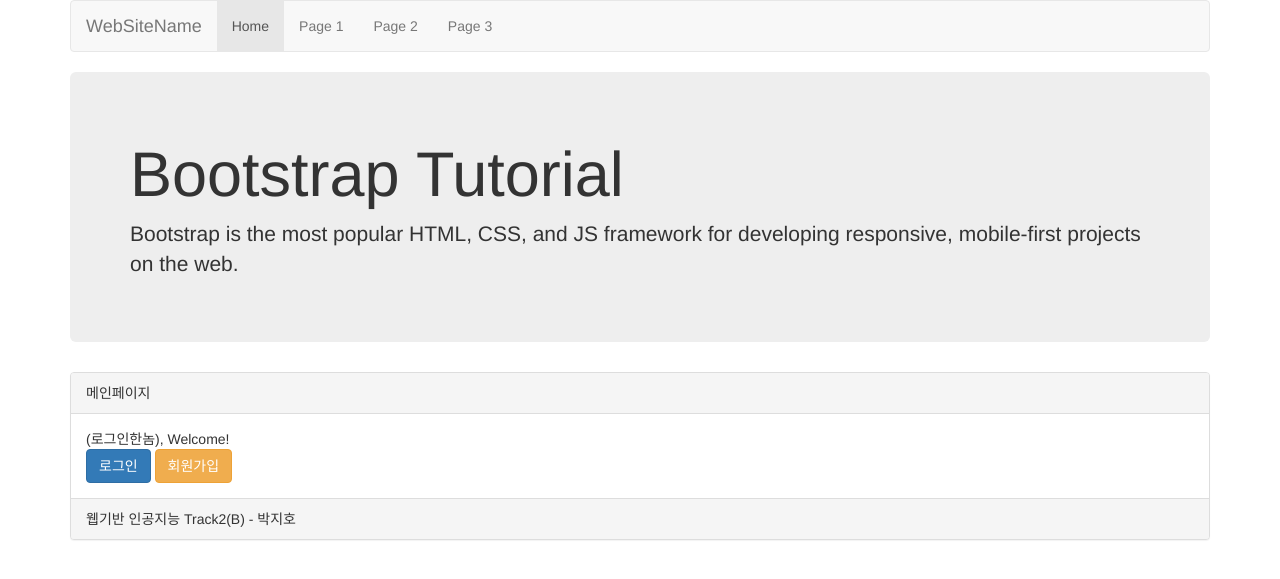
Repository: Jipumpkin/WebServer
Page: http://localhost/FrontCommandPattern/main.jsp
An editor plug-in stored every save of this project. The page is shown before and after the next save, followed by the edit.
The browser window is 1280 px wide. The pictures show the whole page.
The page is served by Tomcat 9.

Above is the page before, as saved 2024-08-21 01:07:26.

After the next save:
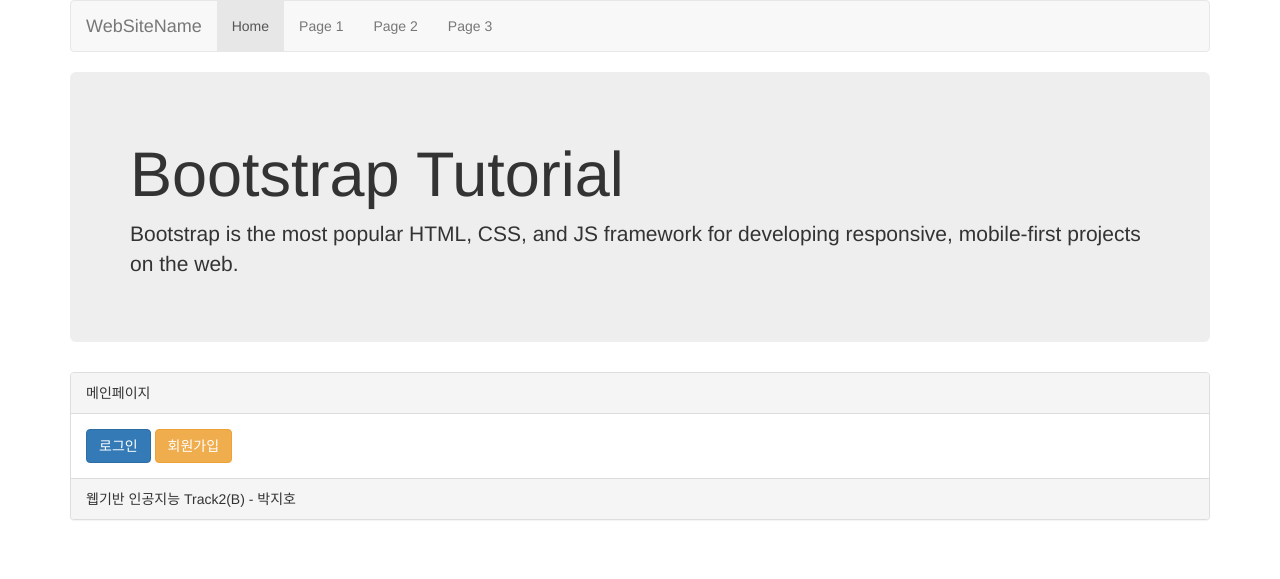
Saved 3 min 28 s later.
--- a/FrontCommandPattern/src/main/webapp/main.jsp
+++ b/FrontCommandPattern/src/main/webapp/main.jsp
@@ -48,11 +48,11 @@
 				<c:choose>
 					<c:when test="${info != null}">
 				    	<!-- 로그인을 했을때 -->
+				    	(로그인한놈), Welcome! <br>
 						<a href="logoutController"><button class="btn btn-danger">로그아웃</button></a>
 					</c:when>
 					<c:otherwise>
 				    	<!-- 로그인을 안했을때 -->
-				    	(로그인한놈), Welcome! <br>
 						<a href="login.jsp"><button class="btn btn-primary">로그인</button></a>
 						<a href="join.jsp"><button class="btn btn-warning">회원가입</button></a>
 					</c:otherwise>
